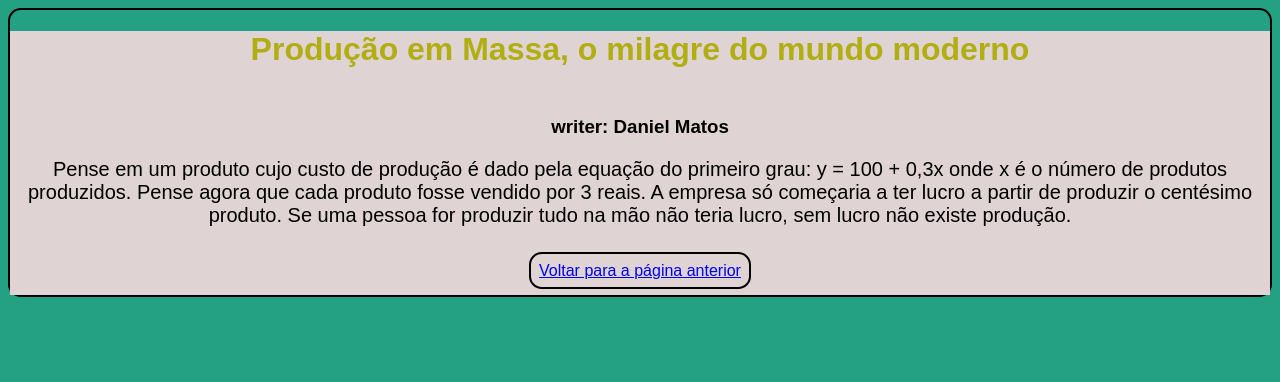
Repository: batmit/FutureFundation.github.io-1
Page: menu/articles/economia/prodção_em_massa.html
These files come from the project's save history. The page is drawn as it stood at one moment and after the next save; the edit follows.
The browser window is 1280 px wide. The pictures show the whole page.

Above is the page before, as saved 2021-11-03 14:49:06.

After the next save:
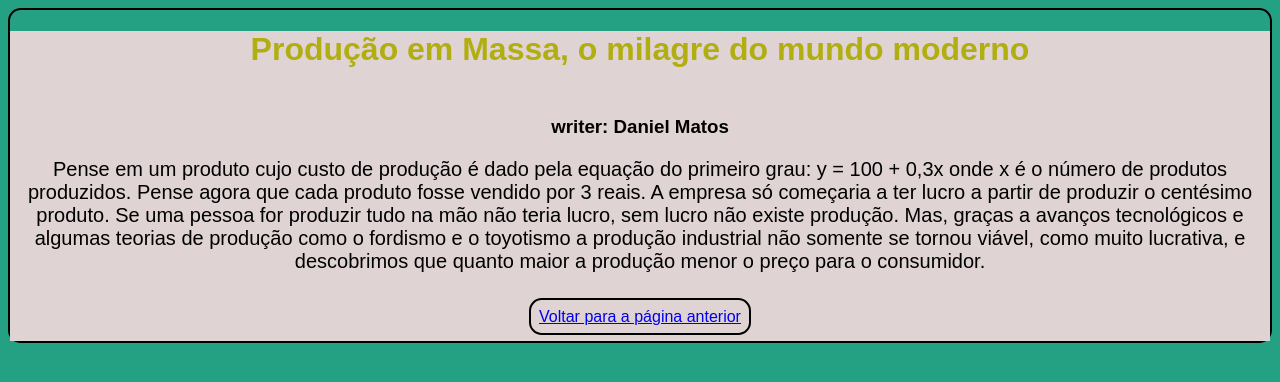
Saved 102 s later.
--- a/menu/articles/economia/prodção_em_massa.html
+++ b/menu/articles/economia/prodção_em_massa.html
@@ -15,7 +15,7 @@
             <h3>writer: Daniel Matos</h3>
         </header>
 
-        <p>Pense em um produto cujo custo de produção é dado pela equação do primeiro grau: y = 100 + 0,3x onde x é o número de produtos produzidos. Pense agora que cada produto fosse vendido por 3 reais. A empresa só começaria a ter lucro a partir de produzir o centésimo produto. Se uma pessoa for produzir tudo na mão não teria lucro, sem lucro não existe produção. </p>
+        <p>Pense em um produto cujo custo de produção é dado pela equação do primeiro grau: y = 100 + 0,3x onde x é o número de produtos produzidos. Pense agora que cada produto fosse vendido por 3 reais. A empresa só começaria a ter lucro a partir de produzir o centésimo produto. Se uma pessoa for produzir tudo na mão não teria lucro, sem lucro não existe produção. Mas, graças a avanços tecnológicos e algumas teorias de produção como o fordismo e o toyotismo a produção industrial não somente se tornou viável, como muito lucrativa, e descobrimos que quanto maior a produção menor o preço para o consumidor. </p>
 
         <a href="./economia.html">Voltar para a página anterior</a>
     </div>
